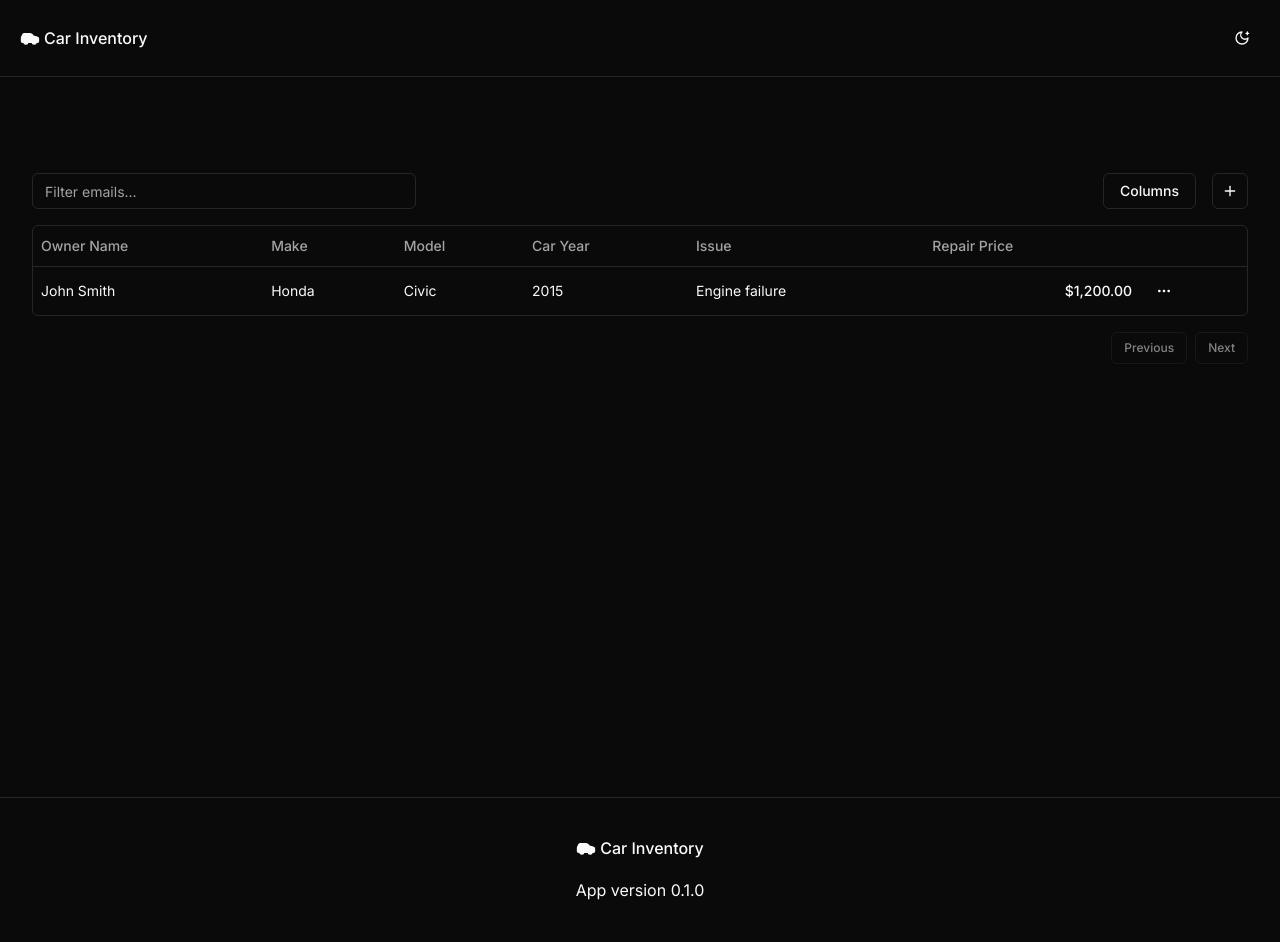
Repository: tushcmd/car-inventory
Page: / (app in frontend/)
An editor plug-in stored every save of this project. The page is shown before and after the next save, followed by the edit.
The browser window is 1280 px wide. The pictures show the whole page.
The project was rebuilt for these pictures with package versions that can differ from the ones it lists, and the page was loaded fresh each time. The framework's server and built-in components were replaced by stand-ins that run in the browser. Also part of the build but not shown: frontend/next.config.mjs.

Above is the page before, as saved 2024-05-12 08:12:44.

### frontend/app/layout.tsx
import type { Metadata } from "next";
import { Inter } from "next/font/google";
import "./globals.css";
import AppProviders from "@/components/providers/AppProviders";
import Navbar from '@/components/shared/Navbar';
import Footer from "@/components/shared/Footer";

const inter = Inter({ subsets: ["latin"] });

export const metadata: Metadata = {
  title: "Car Garage Inventory",
  description: "Nextjs Shadcnui Nodejs Express and MongoDB CRUD",
};

export default function RootLayout({
  children,
}: Readonly<{
  children: React.ReactNode;
}>) {
  return (
    <html lang="en" suppressHydrationWarning>
      <body className={inter.className}>
        <AppProviders>
          <Navbar />
          {children}
          <Footer />
        </AppProviders>
      </body>
    </html>
  );
}

### frontend/app/page.tsx
//import Main from "@/components/Main";
import { Payment, columns } from "@/components/Home/columns"
import { DataTable } from "@/components/Home/car-table"

async function getData(): Promise<Car[]> {
  // Fetch data from your API here.
  return [
    {
      ownerName: 'John Smith',
      make: 'Honda',
      model: 'Civic',
      carYear: 2015,
      issue: 'Engine failure',
      repairPrice: 1200,
    }
    // ...
  ]
}

export default async function DemoPage() {
  const data = await getData()

  return (
    <div className="page-container min-h-screen">
      <DataTable columns={columns} data={data} />
    </div>
  )
}

### frontend/app/globals.css
@tailwind base;
@tailwind components;
@tailwind utilities;

@layer base {
  :root {
    --background: 0 0% 100%;
    --foreground: 0 0% 3.9%;

    --card: 0 0% 100%;
    --card-foreground: 0 0% 3.9%;

    --popover: 0 0% 100%;
    --popover-foreground: 0 0% 3.9%;

    --primary: 0 0% 9%;
    --primary-foreground: 0 0% 98%;

    --secondary: 0 0% 96.1%;
    --secondary-foreground: 0 0% 9%;

    --muted: 0 0% 96.1%;
    --muted-foreground: 0 0% 45.1%;

    --accent: 0 0% 96.1%;
    --accent-foreground: 0 0% 9%;

    --destructive: 0 84.2% 60.2%;
    --destructive-foreground: 0 0% 98%;

    --border: 0 0% 89.8%;
    --input: 0 0% 89.8%;
    --ring: 0 0% 3.9%;

    --radius: 0.5rem;
  }

  .dark {
    --background: 0 0% 3.9%;
    --foreground: 0 0% 98%;

    --card: 0 0% 3.9%;
    --card-foreground: 0 0% 98%;

    --popover: 0 0% 3.9%;
    --popover-foreground: 0 0% 98%;

    --primary: 0 0% 98%;
    --primary-foreground: 0 0% 9%;

    --secondary: 0 0% 14.9%;
    --secondary-foreground: 0 0% 98%;

    --muted: 0 0% 14.9%;
    --muted-foreground: 0 0% 63.9%;

    --accent: 0 0% 14.9%;
    --accent-foreground: 0 0% 98%;

    --destructive: 0 62.8% 30.6%;
    --destructive-foreground: 0 0% 98%;

    --border: 0 0% 14.9%;
    --input: 0 0% 14.9%;
    --ring: 0 0% 83.1%;
  }
}

@layer base {
  * {
    @apply border-border;
  }
  body {
    @apply bg-background text-foreground;
  }
}


@layer components {

  /* FONT SIZES */
  .h1 {
		@apply text-5xl lg:text-6xl font-bold;
	}
	.h2 {
		@apply sm:text-3xl text-4xl font-bold;
	}
	.h3 {
		@apply text-2xl font-medium;
	}
	.h4 {
		@apply text-xl sm:text-lg font-normal;
	}

  /* LAYOUTS  */
	.layout-container {
		@apply container mx-auto px-5;
	}

	.page-container {
		@apply container py-20 flex flex-col gap-16 max-w-7xl;
	}
}

### frontend/components/providers/AppProviders.tsx
'use client';

import { ThemeProvider } from 'next-themes';
import { FC, ReactNode } from 'react';

interface AppProvidersProps {
  children: ReactNode;
}


const AppProviders: FC<AppProvidersProps> = ({ children }) => {
  return (
    <>
      <ThemeProvider attribute="class" disableTransitionOnChange defaultTheme="dark" enableSystem>
        {children}

      </ThemeProvider>
    </>
  );
};

export default AppProviders;

### frontend/components/shared/Navbar.tsx
import React, { FC } from 'react';
import ThemeSwitcherButton from '../ui/ThemeSwitcher';
import Logo from './Logo';

const Navbar: FC = () => {
  return (
    <nav className="border-b py-5">
      <div className="layout-container flex justify-between items-center max-w-7xl">
        <Logo />
        <ThemeSwitcherButton />
      </div>
    </nav>
  );
};

export default Navbar;

### frontend/components/shared/Footer.tsx
import React, { FC } from 'react'
import Logo from './Logo'

const Footer: FC = () => {
  return (
    <footer className='border-t'>
        <div className='layout-container flex flex-col gap-5 items-center  justify-center py-10'>
            <Logo />
            <p>App version 0.1.0</p>
        </div>

    </footer>
  )
}

export default Footer

### frontend/components/Home/columns.tsx
"use client";
import { ColumnDef } from "@tanstack/react-table";
import { ArrowUpDown, MoreHorizontal } from "lucide-react";
import { Button } from "@/components/ui/button";
import {
  DropdownMenu,
  DropdownMenuContent,
  DropdownMenuItem,
  DropdownMenuLabel,
  DropdownMenuSeparator,
  DropdownMenuTrigger,
} from "@/components/ui/dropdown-menu";

// This type is used to define the shape of our data.
// You can use a Zod schema here if you want.
export type Car = {
  ownerName: string;
  make: string;
  model: string;
  carYear: number;
  issue: string;
  repairPrice: number;
};


export const columns: ColumnDef<Car>[] = [
  {
    accessorKey: "ownerName",
    header: "Owner Name",
  },
  {
    accessorKey: "make",
    header: "Make",
  },
  {
    accessorKey: "model",
    header: "Model",
  },
  {
    accessorKey: "carYear",
    header: "Car Year",
  },
  {
    accessorKey: "issue",
    header: "Issue",
  },
  {
    accessorKey: "repairPrice",
    header: "Repair Price",
    cell: ({ row }) => {
      const repairPrice = row.getValue("repairPrice");
      const formatted = new Intl.NumberFormat("en-US", {
        style: "currency",
        currency: "USD",
      }).format(repairPrice);
      return <div className="text-right font-medium">{formatted}</div>;
    },
  },
  {
    id: "actions",
    cell: ({ row }) => {
      const car = row.original;
      return (
        <DropdownMenu>
          <DropdownMenuTrigger asChild>
            <Button variant="ghost" className="h-8 w-8 p-0">
              <span className="sr-only">Open menu</span>
              <MoreHorizontal className="h-4 w-4" />
            </Button>
          </DropdownMenuTrigger>
          <DropdownMenuContent align="end">
            <DropdownMenuLabel>Actions</DropdownMenuLabel>
            <DropdownMenuItem
              onClick={() => navigator.clipboard.writeText(car.ownerName)}
            >
              Copy owner name
            </DropdownMenuItem>
            <DropdownMenuSeparator />
            <DropdownMenuItem>View car details</DropdownMenuItem>
          </DropdownMenuContent>
        </DropdownMenu>
      );
    },
  },
];

### frontend/components/ui/ThemeSwitcher.tsx
"use client";

import { useTheme } from "next-themes";
import React, { FC, useEffect, useState } from "react";
import { SunIcon,  Laptop, MoonStarIcon } from "lucide-react";
import {
	DropdownMenu,
	DropdownMenuContent,
	DropdownMenuItem,
	DropdownMenuTrigger,
} from "./dropdown-menu";
import { Button } from "./button";

const themes = [
	{
		value: "light",
		label: "Light",
		icon: SunIcon,
	},
	{
		value: "dark",
		label: "Dark",
		icon: MoonStarIcon,
	},
	{
		value: "system",
		label: "System",
		icon: Laptop,
	},
];

const ThemeSwitcher: FC = () => {
  const [mounted, setMounted] = useState(false)
	const { theme, setTheme } = useTheme();
	const currentTheme = themes.find((t) => t.value === theme);
	const ThemeIcon = currentTheme?.icon

  useEffect(() => {
    setMounted(true)
  }, [])

	return mounted && (
		<div className="flex">
			<DropdownMenu  >
				<DropdownMenuTrigger asChild>
					<Button variant="ghost" size={"icon"}>{!!ThemeIcon && <ThemeIcon className="w-4 h-4"/>}</Button>
				</DropdownMenuTrigger>
				<DropdownMenuContent>
					{themes.map(({value, label}) => <DropdownMenuItem role="button" onClick={() => setTheme(value)} key={value}>{label}</DropdownMenuItem>)}
				</DropdownMenuContent>
			</DropdownMenu>
		</div>
	);
};

export default ThemeSwitcher;

### frontend/components/shared/Logo.tsx

import { Car } from "lucide-react";
import Link from "next/link";
import React, { FC } from "react";

const Logo: FC = () => {
	return (
		<Link href='/' className="flex items-center gap-1 component-focus rounded-md">
			<Car   className="w-5 h-5 fill-current" />
			<h1 className="inline-flex flex-col gap-0 leading-none font-medium">
				<p>Car Inventory</p>
			</h1>
		</Link>
	);
};

export default Logo;

### frontend/components/ui/button.tsx
import * as React from "react"
import { Slot } from "@radix-ui/react-slot"
import { cva, type VariantProps } from "class-variance-authority"

import { cn } from "@/lib/utils"

const buttonVariants = cva(
  "inline-flex items-center justify-center whitespace-nowrap rounded-md text-sm font-medium transition-colors focus-visible:outline-none focus-visible:ring-1 focus-visible:ring-ring disabled:pointer-events-none disabled:opacity-50",
  {
    variants: {
      variant: {
        default:
          "bg-primary text-primary-foreground shadow hover:bg-primary/90",
        destructive:
          "bg-destructive text-destructive-foreground shadow-sm hover:bg-destructive/90",
        outline:
          "border border-input bg-background shadow-sm hover:bg-accent hover:text-accent-foreground",
        secondary:
          "bg-secondary text-secondary-foreground shadow-sm hover:bg-secondary/80",
        ghost: "hover:bg-accent hover:text-accent-foreground",
        link: "text-primary underline-offset-4 hover:underline",
      },
      size: {
        default: "h-9 px-4 py-2",
        sm: "h-8 rounded-md px-3 text-xs",
        lg: "h-10 rounded-md px-8",
        icon: "h-9 w-9",
      },
    },
    defaultVariants: {
      variant: "default",
      size: "default",
    },
  }
)

export interface ButtonProps
  extends React.ButtonHTMLAttributes<HTMLButtonElement>,
    VariantProps<typeof buttonVariants> {
  asChild?: boolean
}

const Button = React.forwardRef<HTMLButtonElement, ButtonProps>(
  ({ className, variant, size, asChild = false, ...props }, ref) => {
    const Comp = asChild ? Slot : "button"
    return (
      <Comp
        className={cn(buttonVariants({ variant, size, className }))}
        ref={ref}
        {...props}
      />
    )
  }
)
Button.displayName = "Button"

export { Button, buttonVariants }

### frontend/components/ui/table.tsx
import * as React from "react"

import { cn } from "@/lib/utils"

const Table = React.forwardRef<
  HTMLTableElement,
  React.HTMLAttributes<HTMLTableElement>
>(({ className, ...props }, ref) => (
  <div className="relative w-full overflow-auto">
    <table
      ref={ref}
      className={cn("w-full caption-bottom text-sm", className)}
      {...props}
    />
  </div>
))
Table.displayName = "Table"

const TableHeader = React.forwardRef<
  HTMLTableSectionElement,
  React.HTMLAttributes<HTMLTableSectionElement>
>(({ className, ...props }, ref) => (
  <thead ref={ref} className={cn("[&_tr]:border-b", className)} {...props} />
))
TableHeader.displayName = "TableHeader"

const TableBody = React.forwardRef<
  HTMLTableSectionElement,
  React.HTMLAttributes<HTMLTableSectionElement>
>(({ className, ...props }, ref) => (
  <tbody
    ref={ref}
    className={cn("[&_tr:last-child]:border-0", className)}
    {...props}
  />
))
TableBody.displayName = "TableBody"

const TableFooter = React.forwardRef<
  HTMLTableSectionElement,
  React.HTMLAttributes<HTMLTableSectionElement>
>(({ className, ...props }, ref) => (
  <tfoot
    ref={ref}
    className={cn(
      "border-t bg-muted/50 font-medium [&>tr]:last:border-b-0",
      className
    )}
    {...props}
  />
))
TableFooter.displayName = "TableFooter"

const TableRow = React.forwardRef<
  HTMLTableRowElement,
  React.HTMLAttributes<HTMLTableRowElement>
>(({ className, ...props }, ref) => (
  <tr
    ref={ref}
    className={cn(
      "border-b transition-colors hover:bg-muted/50 data-[state=selected]:bg-muted",
      className
    )}
    {...props}
  />
))
TableRow.displayName = "TableRow"

const TableHead = React.forwardRef<
  HTMLTableCellElement,
  React.ThHTMLAttributes<HTMLTableCellElement>
>(({ className, ...props }, ref) => (
  <th
    ref={ref}
    className={cn(
      "h-10 px-2 text-left align-middle font-medium text-muted-foreground [&:has([role=checkbox])]:pr-0 [&>[role=checkbox]]:translate-y-[2px]",
      className
    )}
    {...props}
  />
))
TableHead.displayName = "TableHead"

const TableCell = React.forwardRef<
  HTMLTableCellElement,
  React.TdHTMLAttributes<HTMLTableCellElement>
>(({ className, ...props }, ref) => (
  <td
    ref={ref}
    className={cn(
      "p-2 align-middle [&:has([role=checkbox])]:pr-0 [&>[role=checkbox]]:translate-y-[2px]",
      className
    )}
    {...props}
  />
))
TableCell.displayName = "TableCell"

const TableCaption = React.forwardRef<
  HTMLTableCaptionElement,
  React.HTMLAttributes<HTMLTableCaptionElement>
>(({ className, ...props }, ref) => (
  <caption
    ref={ref}
    className={cn("mt-4 text-sm text-muted-foreground", className)}
    {...props}
  />
))
TableCaption.displayName = "TableCaption"

export {
  Table,
  TableHeader,
  TableBody,
  TableFooter,
  TableHead,
  TableRow,
  TableCell,
  TableCaption,
}

### frontend/components/ui/input.tsx
import * as React from "react"

import { cn } from "@/lib/utils"

export interface InputProps
  extends React.InputHTMLAttributes<HTMLInputElement> {}

const Input = React.forwardRef<HTMLInputElement, InputProps>(
  ({ className, type, ...props }, ref) => {
    return (
      <input
        type={type}
        className={cn(
          "flex h-9 w-full rounded-md border border-input bg-transparent px-3 py-1 text-sm shadow-sm transition-colors file:border-0 file:bg-transparent file:text-sm file:font-medium placeholder:text-muted-foreground focus-visible:outline-none focus-visible:ring-1 focus-visible:ring-ring disabled:cursor-not-allowed disabled:opacity-50",
          className
        )}
        ref={ref}
        {...props}
      />
    )
  }
)
Input.displayName = "Input"

export { Input }

Loaded but not shown: frontend/lib/utils.ts (common file); frontend/tailwind.config.ts (common file); frontend/components/ui/dropdown-menu.tsx (205 lines, source omitted); frontend/components/Home/car-table.tsx (181 lines, source omitted)

After the next save:
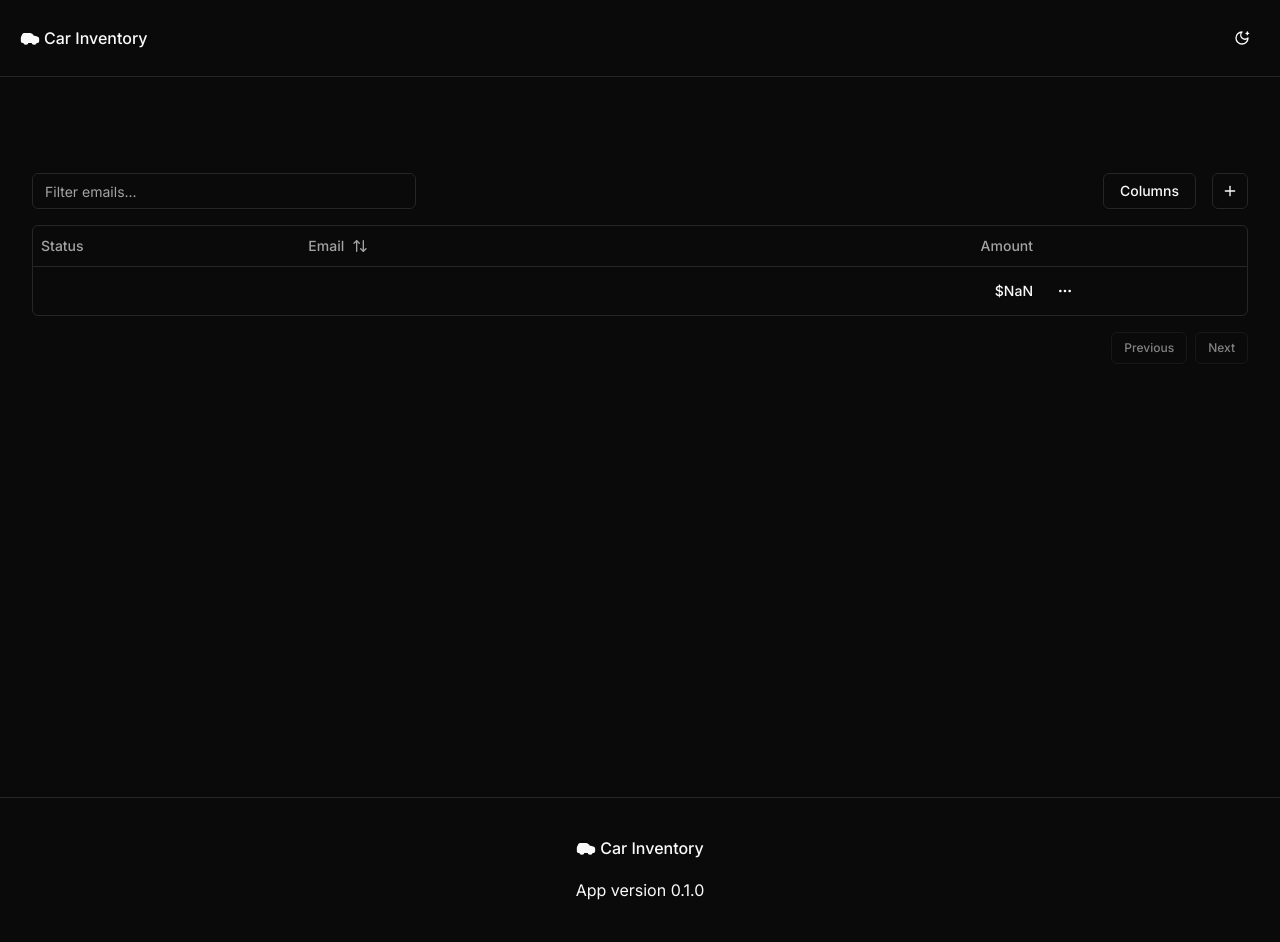
Saved 109 s later.
--- a/frontend/components/Home/columns.tsx
+++ b/frontend/components/Home/columns.tsx
@@ -1,7 +1,10 @@
-"use client";
-import { ColumnDef } from "@tanstack/react-table";
-import { ArrowUpDown, MoreHorizontal } from "lucide-react";
-import { Button } from "@/components/ui/button";
+"use client"
+
+import { ColumnDef } from "@tanstack/react-table"
+
+import { ArrowUpDown, MoreHorizontal } from "lucide-react"
+
+import { Button } from "@/components/ui/button"
 import {
   DropdownMenu,
   DropdownMenuContent,
@@ -9,57 +12,62 @@ import {
   DropdownMenuLabel,
   DropdownMenuSeparator,
   DropdownMenuTrigger,
-} from "@/components/ui/dropdown-menu";
+} from "@/components/ui/dropdown-menu"
 
 // This type is used to define the shape of our data.
 // You can use a Zod schema here if you want.
+export type Payment = {
+  id: string
+  amount: number
+  status: "pending" | "processing" | "success" | "failed"
+  email: string
+}
 export type Car = {
-  ownerName: string;
-  make: string;
-  model: string;
-  carYear: number;
-  issue: string;
-  repairPrice: number;
-};
+  ownerName: string,
+  make: string,
+  model: string,
+  carYear: 2015,
+  issue: string,
+  repairPrice: number
+}
 
-
-export const columns: ColumnDef<Car>[] = [
+export const columns: ColumnDef<Payment>[] = [
   {
-    accessorKey: "ownerName",
-    header: "Owner Name",
+    accessorKey: "status",
+    header: "Status",
   },
   {
-    accessorKey: "make",
-    header: "Make",
+    accessorKey: "email",
+    header: ({ column }) => {
+      return (
+        <Button
+          variant="ghost"
+          onClick={() => column.toggleSorting(column.getIsSorted() === "asc")}
+        >
+          Email
+          <ArrowUpDown className="ml-2 h-4 w-4" />
+        </Button>
+      )
+    },
   },
   {
-    accessorKey: "model",
-    header: "Model",
-  },
-  {
-    accessorKey: "carYear",
-    header: "Car Year",
-  },
-  {
-    accessorKey: "issue",
-    header: "Issue",
-  },
-  {
-    accessorKey: "repairPrice",
-    header: "Repair Price",
+    accessorKey: "amount",
+    header: () => <div className="text-right">Amount</div>,
     cell: ({ row }) => {
-      const repairPrice = row.getValue("repairPrice");
+      const amount = parseFloat(row.getValue("amount"))
       const formatted = new Intl.NumberFormat("en-US", {
         style: "currency",
         currency: "USD",
-      }).format(repairPrice);
-      return <div className="text-right font-medium">{formatted}</div>;
+      }).format(amount)
+
+      return <div className="text-right font-medium">{formatted}</div>
     },
   },
   {
     id: "actions",
     cell: ({ row }) => {
-      const car = row.original;
+      const payment = row.original
+
       return (
         <DropdownMenu>
           <DropdownMenuTrigger asChild>
@@ -71,15 +79,16 @@ export const columns: ColumnDef<Car>[] = [
           <DropdownMenuContent align="end">
             <DropdownMenuLabel>Actions</DropdownMenuLabel>
             <DropdownMenuItem
-              onClick={() => navigator.clipboard.writeText(car.ownerName)}
+              onClick={() => navigator.clipboard.writeText(payment.id)}
             >
-              Copy owner name
+              Copy payment ID
             </DropdownMenuItem>
             <DropdownMenuSeparator />
-            <DropdownMenuItem>View car details</DropdownMenuItem>
+            <DropdownMenuItem>View customer</DropdownMenuItem>
+            <DropdownMenuItem>View payment details</DropdownMenuItem>
           </DropdownMenuContent>
         </DropdownMenu>
-      );
+      )
     },
   },
-];
+]
